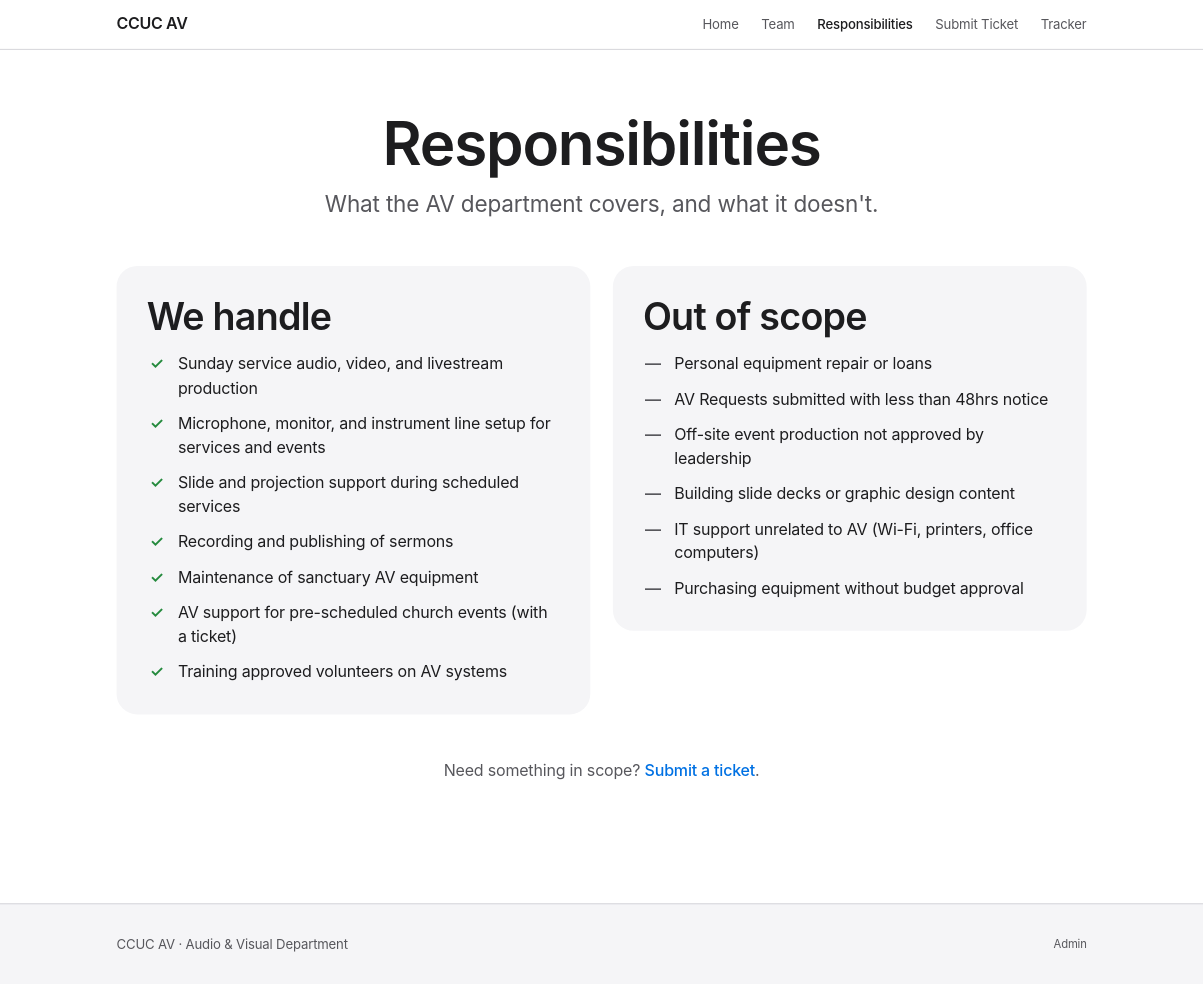
Repository: fakebrianho/ccuc_av
Page: /responsibilities
These files come from the project's save history. The page is drawn as it stood at one moment and after the next save; the edit follows.
The browser window is 1280 px wide. The pictures show the whole page, at 94% of full size.
The project was rebuilt for these pictures with package versions that can differ from the ones it lists, and the page was loaded fresh each time. The framework's server and built-in components were replaced by stand-ins that run in the browser. Also part of the build but not shown: next.config.mjs.

Above is the page before, as saved 2026-10-04 09:32:52.

### src/app/layout.js
import "./globals.css";
import SmoothScroll from "@/components/motion/SmoothScroll";
import Nav from "@/components/Nav";
import Footer from "@/components/Footer";

export const metadata = {
  title: {
    default: "CCUC AV Team",
    template: "%s — CCUC AV Team",
  },
  description:
    "The CCUC AV team: who we are, what we do, and how to request AV support.",
};

export default function RootLayout({ children }) {
  return (
    <html lang="en">
      <body>
        <SmoothScroll>
          <Nav />
          {children}
          <Footer />
        </SmoothScroll>
      </body>
    </html>
  );
}

### src/app/template.js
"use client";

import { useEffect, useRef } from "react";
import { motion, MotionConfig } from "motion/react";

// Re-mounts on every navigation, giving each page a seamless entrance.
// Single owner of the page transition; pages animate their own inner
// elements but never wrap themselves in another route-level transition.
export default function Template({ children }) {
  const ref = useRef(null);

  // Template re-mounts per navigation: move focus to the new page content
  // so keyboard/screen-reader users aren't stranded on the old position.
  useEffect(() => {
    ref.current?.focus({ preventScroll: true });
  }, []);

  return (
    <MotionConfig reducedMotion="user">
      <motion.div
        ref={ref}
        tabIndex={-1}
        initial={{ opacity: 0, y: 16 }}
        animate={{ opacity: 1, y: 0 }}
        transition={{ duration: 0.5, ease: [0.22, 1, 0.36, 1] }}
        style={{
          flex: 1,
          display: "flex",
          flexDirection: "column",
          outline: "none",
        }}
      >
        {children}
      </motion.div>
    </MotionConfig>
  );
}

### src/app/responsibilities/page.js
import Link from "next/link";
import { responsibilities } from "@/data/responsibilities";
import ScopeList from "@/components/ScopeList";
import styles from "./page.module.css";

export const metadata = { title: "Responsibilities" };

export default function ResponsibilitiesPage() {
  return (
    <main className={styles.main}>
      <header className={styles.header}>
        <h1 className={styles.title}>Responsibilities</h1>
        <p className={styles.sub}>
          What the AV department covers, and what it doesn&apos;t.
        </p>
      </header>
      <div className={styles.columns}>
        <ScopeList heading="We handle" items={responsibilities.does} tone="in" />
        <ScopeList
          heading="Out of scope"
          items={responsibilities.doesNot}
          tone="out"
        />
      </div>
      <p className={styles.cta}>
        Need something in scope?{" "}
        <Link href="/submit" className={styles.ctaLink}>
          Submit a ticket
        </Link>
        .
      </p>
    </main>
  );
}

### src/app/globals.css
:root {
  /* Surfaces — light-first, Apple-style */
  --bg: #ffffff;
  --bg-elevated: #f5f5f7;
  --fg: #1d1d1f;
  --fg-muted: #57575c;
  --line: #d2d2d7;

  /* Accent */
  --accent: #0071e3;
  --accent-hover: #0077ed;

  /* Status / priority palette (tracker badges) */
  --green: #248a3d;
  --orange: #c93400;
  --red: #d70015;
  --yellow: #a05a00;

  /* Type scale (fluid) */
  --text-xs: 0.75rem;
  --text-sm: 0.875rem;
  --text-base: 1.0625rem;
  --text-lg: clamp(1.25rem, 1.1rem + 0.6vw, 1.5rem);
  --text-xl: clamp(1.75rem, 1.4rem + 1.4vw, 2.5rem);
  --text-2xl: clamp(2.5rem, 1.8rem + 2.8vw, 4rem);
  --text-hero: clamp(3rem, 2rem + 5vw, 6.5rem);

  /* Spacing scale */
  --space-1: 0.25rem;
  --space-2: 0.5rem;
  --space-3: 0.75rem;
  --space-4: 1rem;
  --space-6: 1.5rem;
  --space-8: 2rem;
  --space-12: 3rem;
  --space-16: 4rem;
  --space-24: 6rem;
  --space-32: 8rem;

  /* Shape + depth */
  --radius-sm: 8px;
  --radius: 14px;
  --radius-lg: 22px;
  --radius-full: 999px;
  --shadow-sm: 0 1px 2px rgba(0, 0, 0, 0.06);
  --shadow: 0 4px 24px rgba(0, 0, 0, 0.08);
  --shadow-lg: 0 12px 48px rgba(0, 0, 0, 0.12);

  /* Layout */
  --content-width: 1080px;
  --nav-height: 52px;

  --font-sans: -apple-system, BlinkMacSystemFont, "SF Pro Text", "SF Pro Display",
    Inter, system-ui, "Segoe UI", Roboto, Helvetica, Arial, sans-serif;
}

* {
  box-sizing: border-box;
  padding: 0;
  margin: 0;
}

html,
body {
  max-width: 100vw;
  overflow-x: hidden;
}

body {
  /* Let <html> grow with content: Lenis recomputes its scroll limit only
     when the root element resizes, so a fixed html height leaves it stale. */
  min-height: 100vh;
  min-height: 100dvh;
  display: flex;
  flex-direction: column;
  color: var(--fg);
  background: var(--bg);
  font-family: var(--font-sans);
  font-size: var(--text-base);
  line-height: 1.5;
  letter-spacing: -0.011em;
  -webkit-font-smoothing: antialiased;
  -moz-osx-font-smoothing: grayscale;
  text-rendering: optimizeLegibility;
}

h1,
h2,
h3 {
  letter-spacing: -0.02em;
  line-height: 1.1;
  font-weight: 600;
}

a {
  color: inherit;
  text-decoration: none;
}

button {
  font: inherit;
  cursor: pointer;
}

::selection {
  background: var(--accent);
  color: #fff;
}

@media (prefers-reduced-motion: reduce) {
  *,
  *::before,
  *::after {
    animation-duration: 0.01ms !important;
    animation-iteration-count: 1 !important;
    transition-duration: 0.01ms !important;
    scroll-behavior: auto !important;
  }
}

### src/components/motion/SmoothScroll.jsx
"use client";

import { createContext, useContext, useEffect, useState } from "react";
import Lenis from "lenis";

const LenisContext = createContext(null);

export function useLenis() {
  return useContext(LenisContext);
}

// Single owner of smooth scrolling. Mounted once in the root layout;
// nothing else may instantiate Lenis.
export default function SmoothScroll({ children }) {
  const [lenis, setLenis] = useState(null);

  useEffect(() => {
    if (window.matchMedia("(prefers-reduced-motion: reduce)").matches) {
      return;
    }

    const instance = new Lenis({
      duration: 1.1,
      easing: (t) => Math.min(1, 1.001 - Math.pow(2, -10 * t)),
    });

    let rafId;
    const raf = (time) => {
      instance.raf(time);
      rafId = requestAnimationFrame(raf);
    };
    rafId = requestAnimationFrame(raf);
    setLenis(instance);

    return () => {
      cancelAnimationFrame(rafId);
      instance.destroy();
      setLenis(null);
    };
  }, []);

  return (
    <LenisContext.Provider value={lenis}>{children}</LenisContext.Provider>
  );
}

### src/components/Nav.jsx
"use client";

import Link from "next/link";
import { usePathname } from "next/navigation";
import styles from "./Nav.module.css";

const links = [
  { href: "/", label: "Home" },
  { href: "/team", label: "Team" },
  { href: "/responsibilities", label: "Responsibilities" },
  { href: "/submit", label: "Submit Ticket" },
  { href: "/tracker", label: "Tracker" },
];

export default function Nav() {
  const pathname = usePathname();

  return (
    <header className={styles.header}>
      <nav className={styles.nav} aria-label="Main">
        <Link href="/" className={styles.brand}>
          CCUC&nbsp;AV
        </Link>
        <ul className={styles.list}>
          {links.map(({ href, label }) => (
            <li key={href}>
              <Link
                href={href}
                className={pathname === href ? styles.active : styles.link}
              >
                {label}
              </Link>
            </li>
          ))}
        </ul>
      </nav>
    </header>
  );
}

### src/components/Footer.jsx
import Link from "next/link";
import styles from "./Footer.module.css";

export default function Footer() {
  return (
    <footer className={styles.footer}>
      <div className={styles.inner}>
        <p className={styles.copy}>
          CCUC AV · Audio &amp; Visual Department
        </p>
        <Link href="/login" className={styles.admin}>
          Admin
        </Link>
      </div>
    </footer>
  );
}

### src/data/responsibilities.js
// Single source of truth for the AV team's scope of work.
export const responsibilities = {
  does: [
    "Sunday service audio, video, and livestream production",
    "Microphone, monitor, and instrument line setup for services and events",
    "Slide and projection support during scheduled services",
    "Recording and publishing of sermons",
    "Maintenance of sanctuary AV equipment",
    "AV support for pre-scheduled church events (with a ticket)",
    "Training approved volunteers on AV systems",
  ],
  doesNot: [
    "Personal equipment repair or loans",
    "AV Requests submitted with less than 48hrs notice",
    "Off-site event production not approved by leadership",
    "Building slide decks or graphic design content",
    "IT support unrelated to AV (Wi-Fi, printers, office computers)",
    "Purchasing equipment without budget approval",
  ],
};

### src/components/ScopeList.jsx
"use client";

import { motion } from "motion/react";
import styles from "./ScopeList.module.css";

export default function ScopeList({ heading, items, tone }) {
  return (
    <motion.section
      className={styles.section}
      initial={{ opacity: 0, y: 24 }}
      whileInView={{ opacity: 1, y: 0 }}
      viewport={{ once: true, margin: "-40px" }}
      transition={{ duration: 0.5, ease: [0.22, 1, 0.36, 1] }}
    >
      <h2 className={styles.heading}>{heading}</h2>
      <ul className={styles.list}>
        {items.map((item) => (
          <li key={item} className={styles.item}>
            <span
              className={tone === "in" ? styles.markIn : styles.markOut}
              aria-hidden="true"
            >
              {tone === "in" ? "✓" : "—"}
            </span>
            {item}
          </li>
        ))}
      </ul>
    </motion.section>
  );
}

### src/app/responsibilities/page.module.css
.main {
  flex: 1;
  max-width: var(--content-width);
  width: 100%;
  margin: 0 auto;
  padding: var(--space-16) var(--space-6) var(--space-32);
}

.header {
  text-align: center;
  margin-bottom: var(--space-12);
  display: flex;
  flex-direction: column;
  gap: var(--space-3);
}

.title {
  font-size: var(--text-2xl);
}

.sub {
  color: var(--fg-muted);
  font-size: var(--text-lg);
}

.columns {
  display: grid;
  grid-template-columns: repeat(auto-fit, minmax(300px, 1fr));
  gap: var(--space-6);
  align-items: start;
}

.cta {
  margin-top: var(--space-12);
  text-align: center;
  color: var(--fg-muted);
}

.ctaLink {
  color: var(--accent);
  font-weight: 500;
}

### src/components/Nav.module.css
.header {
  position: sticky;
  top: 0;
  z-index: 100;
  backdrop-filter: saturate(180%) blur(20px);
  -webkit-backdrop-filter: saturate(180%) blur(20px);
  background: rgba(255, 255, 255, 0.72);
  border-bottom: 1px solid var(--line);
}

.nav {
  max-width: var(--content-width);
  margin: 0 auto;
  height: var(--nav-height);
  display: flex;
  align-items: center;
  justify-content: space-between;
  padding: 0 var(--space-6);
  gap: var(--space-6);
}

.brand {
  font-weight: 600;
  font-size: var(--text-base);
  letter-spacing: -0.02em;
}

.list {
  display: flex;
  align-items: center;
  gap: var(--space-6);
  list-style: none;
  overflow-x: auto;
}

.link,
.active {
  font-size: var(--text-sm);
  color: var(--fg-muted);
  transition: color 0.2s ease;
  white-space: nowrap;
}

.link:hover {
  color: var(--fg);
}

.active {
  color: var(--fg);
  font-weight: 500;
}

@media (max-width: 640px) {
  .nav {
    padding: 0 var(--space-4);
    gap: var(--space-4);
  }
  .list {
    gap: var(--space-4);
  }
}

### src/components/Footer.module.css
.footer {
  border-top: 1px solid var(--line);
  background: var(--bg-elevated);
}

.inner {
  max-width: var(--content-width);
  margin: 0 auto;
  padding: var(--space-8) var(--space-6);
  display: flex;
  align-items: center;
  justify-content: space-between;
  gap: var(--space-4);
}

.copy {
  font-size: var(--text-sm);
  color: var(--fg-muted);
}

.admin {
  font-size: var(--text-xs);
  color: var(--fg-muted);
}

.admin:hover {
  color: var(--fg);
}

### src/components/ScopeList.module.css
.section {
  background: var(--bg-elevated);
  border-radius: var(--radius-lg);
  padding: var(--space-8);
  display: flex;
  flex-direction: column;
  gap: var(--space-4);
}

.heading {
  font-size: var(--text-xl);
}

.list {
  list-style: none;
  display: flex;
  flex-direction: column;
  gap: var(--space-3);
}

.item {
  display: flex;
  gap: var(--space-3);
  align-items: baseline;
  color: var(--fg);
}

.markIn,
.markOut {
  flex-shrink: 0;
  width: 1.25em;
  text-align: center;
  font-weight: 600;
}

.markIn {
  color: var(--green);
}

.markOut {
  color: var(--fg-muted);
}

After the next save:
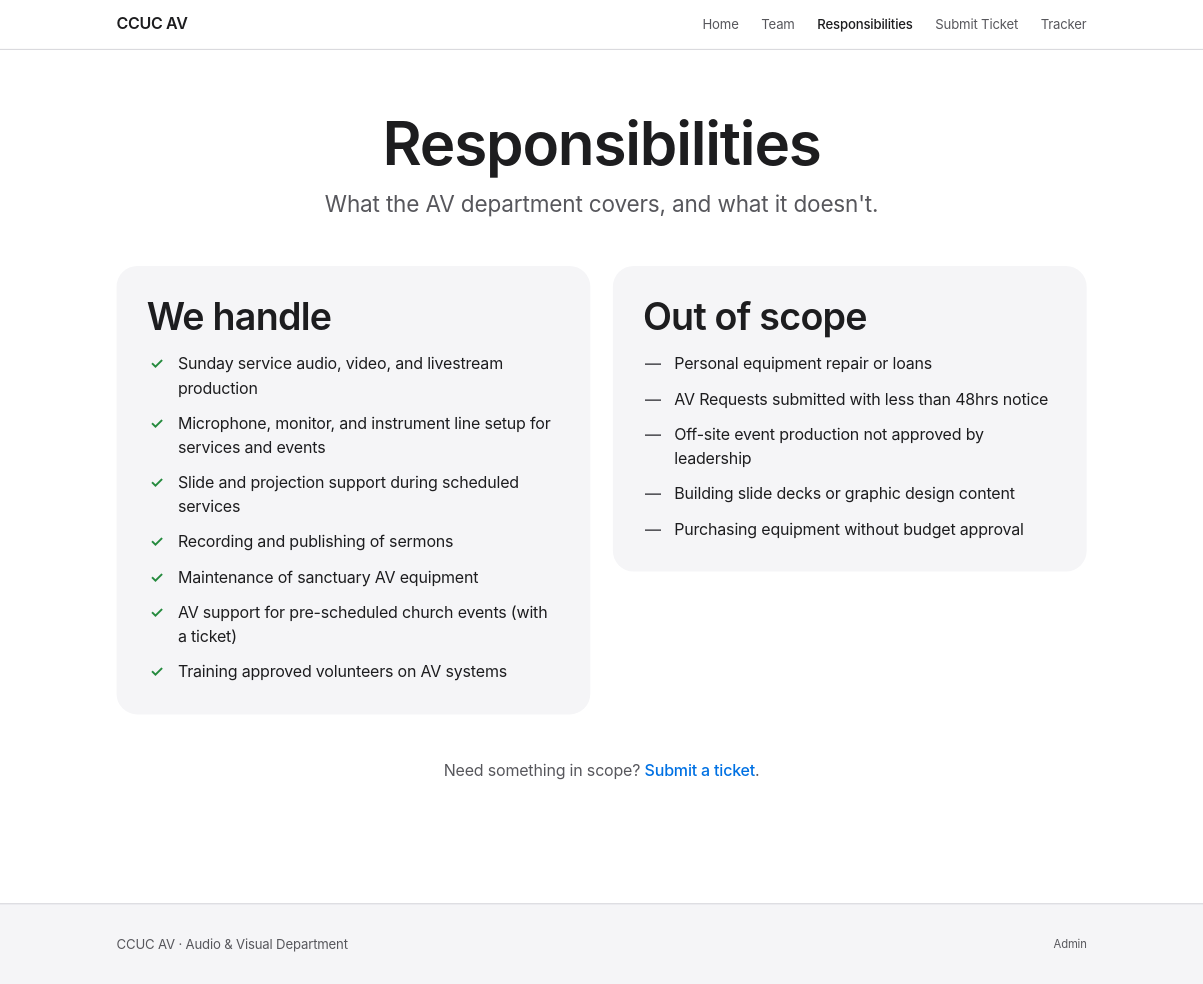
Saved 5 s later.
--- a/src/data/responsibilities.js
+++ b/src/data/responsibilities.js
@@ -14,7 +14,6 @@ export const responsibilities = {
     "AV Requests submitted with less than 48hrs notice",
     "Off-site event production not approved by leadership",
     "Building slide decks or graphic design content",
-    "IT support unrelated to AV (Wi-Fi, printers, office computers)",
     "Purchasing equipment without budget approval",
   ],
 };
